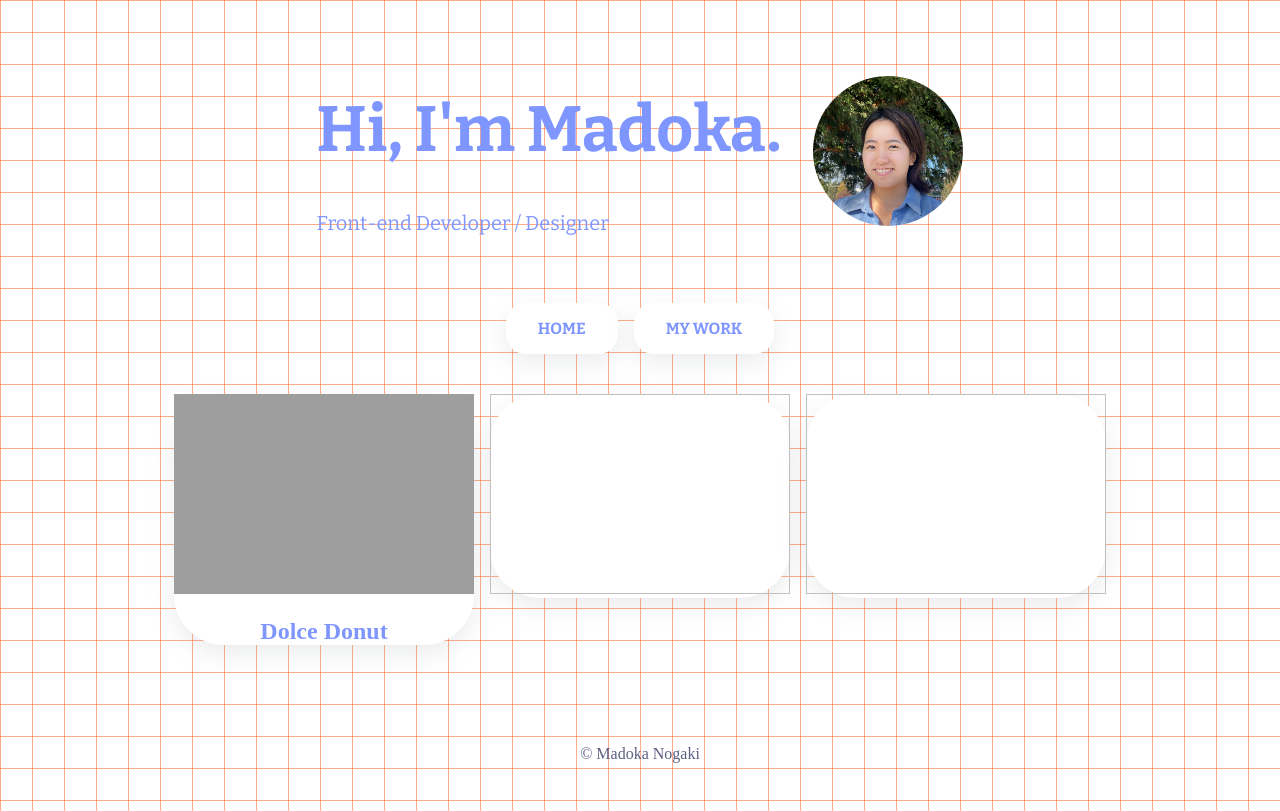
Repository: ohmaruko/portfolio
Page: /works
The author's editor kept a copy of each file at every save. The page is drawn from the files as they stood at one save, then again after a run of saves.
The browser window is 1280 px wide. The pictures show the whole page.
Pictures or frames that could not be fetched are drawn as grey boxes. The project was rebuilt for these pictures with package versions that can differ from the ones it lists, and the page was loaded fresh each time. The framework's server and built-in components were replaced by stand-ins that run in the browser. Also part of the build but not shown: next.config.mjs.

Above is the page before, as saved 2024-02-17 22:15:46.

### pages/works.js

import styles from '../styles/Home.module.css'
import Image from 'next/image'
import Header from '@/components/Header'
import Footer from '@/components/Footer'
import { Open_Sans } from 'next/font/google'
import Box2 from '@/components/Box2'


const openSans = Open_Sans ({subsets: ['latin']})

export default function Works() {
  return (
    <>

      <head>
        <title>Madoka Nogaki Portfolio</title>
        <meta name="description" content="Portfolio page" />
        <meta name="viewport" content="width=device-width, initial-scale=1" />
        <link rel="icon" href="/favicon.png" />
      </head>

      <div className={styles.container}>
        <Header className={openSans.className}/>
        <main className={styles.outerContainer}>
          <div>
            <Box2 title='Dolce Donut'image = '/images/dolcedonuts.png'/>
          </div>
          <div>
            <Box2 content={
                <div>
                    <h1>aaa</h1>
                </div>
            }/>
          </div>
          <div>
            <Box2 content={
                <div>
                    <h1>sss</h1>
                </div>
            }/>
          </div>
        </main>

        <div className={styles.outerContainer}>
          <Footer />
        </div>
      </div>

    </>
  )
}

### styles/globals.css
:root {
  --orange: #FF5714;
  --light-orange: rgba(255, 87, 20, 0.5);
  --blue: #7F96FF;
  --white: #fff;
  --text: #5e5e83;
  color: #5e5e83;

  --medium-font: 20px;
}

body {
  margin: 0;
}

p {
  font-size: 16px;
}

### styles/Home.module.css
.container {
  display: flex;
  flex-direction: column;
  align-items: center;
  min-height: 100vh;
  /* background */
  background-image:
    linear-gradient(to right, var(--light-orange) 1px, transparent 1px),
    linear-gradient(to bottom, var(--light-orange) 1px, transparent 1px);
  background-size: 2em 2em;
  width: 100%;
}
.header {
  width: 70%;
}
.outerContainer {
  display: flex;
  width: 70%;
  justify-content: center;
  margin: 2em auto;
}
.box1 {
  flex: 1;
  flex-basis: 60%;
}
.box2 {
  flex: 1;
  flex-basis: 40%;
}
.link {
  text-decoration: none;
  color: var(--text);
  display: flex;
  align-items: center;
  gap: 1rem;
}
.logo {
  fill: var(--blue);
}
.skill {
  display: flex;
  gap: 1rem;
}
.footer {
  margin: 2rem;
}
/* mobile */
/* @media (max-width: 800px){

} */

### components/Header/index.js
import styles from './Header.module.css'
import Image from 'next/image'
import Link from 'next/link'
import { Bitter } from 'next/font/google'
const bitter = Bitter ({subsets: ['latin']})

export default function Header() {
    return (
        <header className={`${styles.header}, ${bitter.className}`}>
            <div className={styles.banner}>
                <div>
                    <h1>Hi, I'm Madoka.</h1>
                    <p style={{fontSize:"var(--medium-font)"}}>Front-end Developer / Designer</p>
                </div>
                <Image src="/images/profile.png" alt="profile image" width={150} height={150} className={styles.img} />
            </div>
            <div className={styles.menu}>
                <Link href='/'>HOME</Link>
                <Link href='/works'>MY WORK</Link>
            </div>
        </header>

    )
}

### components/Footer/index.js
import styles from "./Footer.module.css"

export default function Footer() {
    return (
        <>
            <p>&copy; Madoka Nogaki</p>
        </>
    )
}

### components/Box2/index.js
import styles from "./Box2.module.css"
import Image from "next/image"

export default function Box2({
    title,
    image,
}) {
    return (
        <div className={styles.box2}>
            <Image src={image} width={300} height={200}/>
            <h2 style={{color: "var(--blue)", textAlign: "center"}}>{title}</h2>
        </div>
    )
}

### components/Header/Header.module.css
.header {
    width: 100%;
}
.banner {
    font-size: 2em;
    color: var(--blue);
    display: flex;
    justify-content: center;
    align-items: center;
    gap: 2rem;
    margin: 3rem 0;
}
.img {
    border-radius: 50%;
}
.menu {
    display: flex;
    justify-content: center;
    gap: 1rem;
}
.menu a {
    text-decoration: none;
    color: var(--blue);
    font-weight: bold;
    background-color: var(--white);
    box-shadow: rgba(149, 157, 165, 0.2) 0px 8px 24px;
    border-radius: 20px;
    padding: 1rem 2rem;
}

### components/Box2/Box2.module.css
.box2 {
    background-color: var(--white);
    padding-bottom: ;
    margin: 0.5em;
    border-radius: 50px;
    box-shadow: rgba(149, 157, 165, 0.2) 0px 8px 24px;
}

Loaded but not shown: pages/_app.js (common file); pages/_document.js (common file); components/Footer/Footer.module.css (no stored copy; drawn as an empty file)

After the next 2 saves:
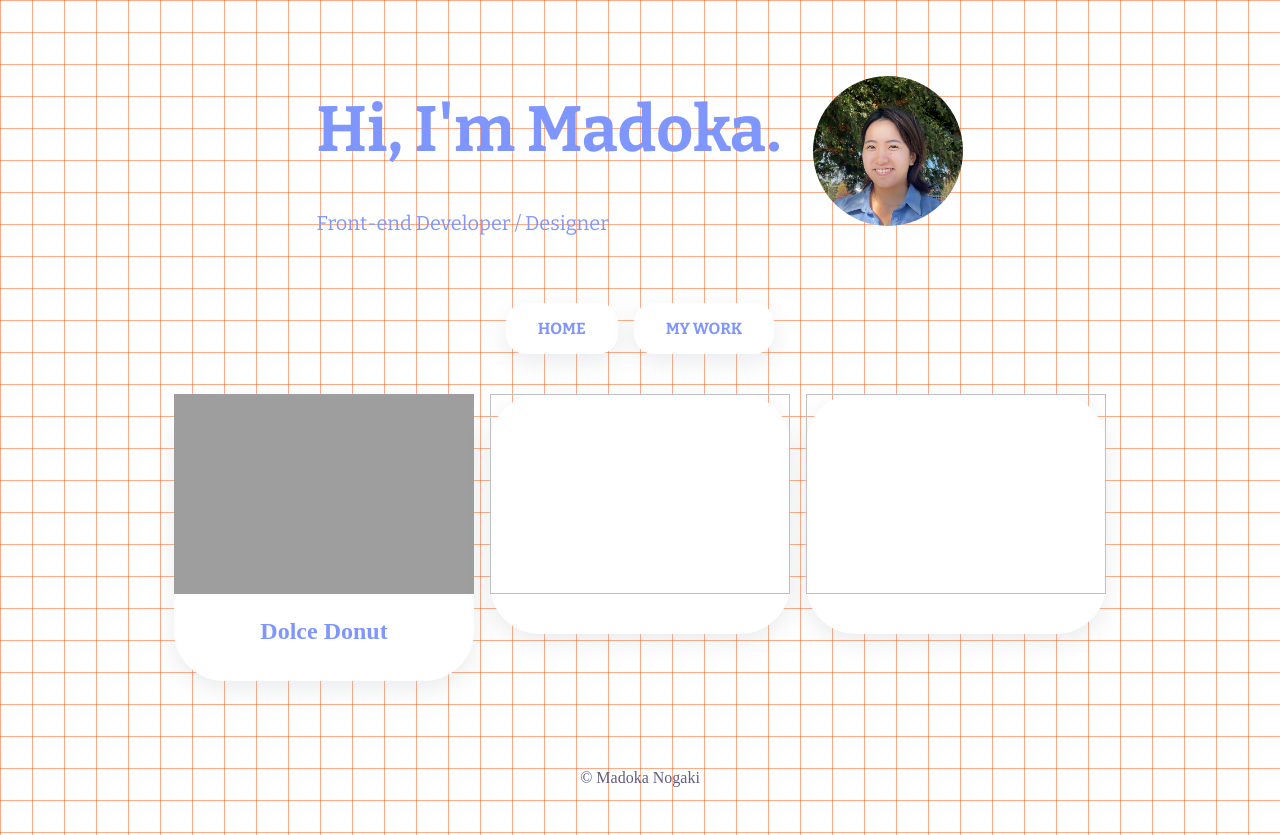
The 2 saves are shown as one change because they came seconds apart.
The last was saved 6 s later.
--- a/components/Box2/Box2.module.css
+++ b/components/Box2/Box2.module.css
@@ -1,6 +1,6 @@
 .box2 {
     background-color: var(--white);
-    padding-bottom: ;
+    padding-bottom: 1rem;
     margin: 0.5em;
     border-radius: 50px;
     box-shadow: rgba(149, 157, 165, 0.2) 0px 8px 24px;
